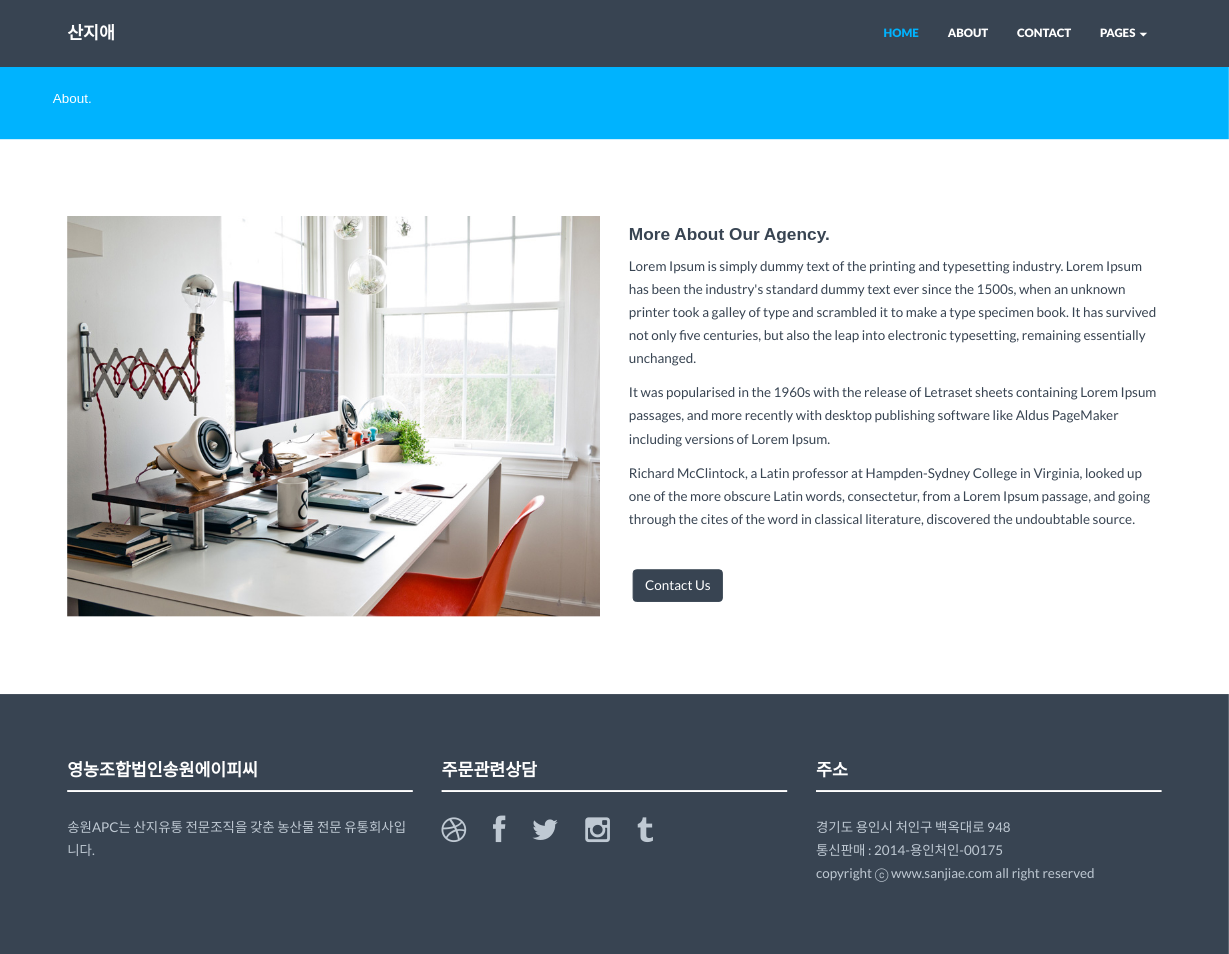
Repository: CHOKIHO/html
Page: work/0113/WebContent/about.html
The author's editor kept a copy of each file at every save. The page is drawn from the files as they stood at one save, then again after the next save.
The browser window is 1280 px wide. The pictures show the whole page, at 96% of full size.
Some web fonts or font styles are not loaded; a fallback is used. Some web libraries are served in a nearby version.

Above is the page before, as saved 2017-01-13 07:39:56.

### work/0113/WebContent/about.html
<!DOCTYPE html>
<html lang="en">
  <head>
    <meta charset="utf-8">
    <meta http-equiv="X-UA-Compatible" content="IE=edge">
    <meta name="viewport" content="width=device-width, initial-scale=1">
    <meta name="description" content="">
    <meta name="author" content="">
    <link rel="shortcut icon" href="assets/ico/favicon.ico">

    <title>산지애(Bootstrap-SOLID)</title>

    <!-- Bootstrap core CSS -->
    <link href="assets/css/bootstrap.css" rel="stylesheet">

    <!-- Custom styles for this template -->
    <link href="assets/css/style.css" rel="stylesheet">
    <link href="assets/css/font-awesome.min.css" rel="stylesheet">


    <!-- Just for debugging purposes. Don't actually copy this line! -->
    <!--[if lt IE 9]><script src="../../assets/js/ie8-responsive-file-warning.js"></script><![endif]-->

    <!-- HTML5 shim and Respond.js IE8 support of HTML5 elements and media queries -->
    <!--[if lt IE 9]>
      <script src="https://oss.maxcdn.com/libs/html5shiv/3.7.0/html5shiv.js"></script>
      <script src="https://oss.maxcdn.com/libs/respond.js/1.4.2/respond.min.js"></script>
    <![endif]-->

    <script src="assets/js/modernizr.js"></script>
  </head>

  <body>

    <!-- Fixed navbar -->
    <div class="navbar navbar-default navbar-fixed-top" role="navigation">
      <div class="container">
        <div class="navbar-header">
          <button type="button" class="navbar-toggle" data-toggle="collapse" data-target=".navbar-collapse">
            <span class="sr-only">Toggle navigation</span>
            <span class="icon-bar"></span>
            <span class="icon-bar"></span>
            <span class="icon-bar"></span>
          </button>
          <a class="navbar-brand" href="index.html">산지애</a>
        </div>


        <div class="navbar-collapse collapse navbar-right">
          <ul class="nav navbar-nav">
            <li class="active"><a href="index.html">HOME</a></li>
            <li><a href="about.html">ABOUT</a></li>
            <li><a href="contact.html">CONTACT</a></li>
            <li class="dropdown">
              <a href="#" class="dropdown-toggle" data-toggle="dropdown">PAGES <b class="caret"></b></a>
              <ul class="dropdown-menu">
                <li><a href="blog.html">BLOG</a></li>
                <li><a href="single-post.html">SINGLE POST</a></li>
                <li><a href="portfolio.html">PORTFOLIO</a></li>
                <li><a href="single-project.html">SINGLE PROJECT</a></li>
              </ul>
            </li>
          </ul>
        </div><!--/.nav-collapse -->
      </div>
    </div>


	<!-- *****************************************************************************************************************
	 BLUE WRAP
	 ***************************************************************************************************************** -->
	<div id="blue">
	    <div class="container">
			<div class="row">
				<h5>About.</h5>
			</div><!-- /row -->
	    </div> <!-- /container -->
	</div><!-- /blue -->


	<!-- *****************************************************************************************************************
	 AGENCY ABOUT
	 ***************************************************************************************************************** -->

	 <div class="container mtb">
	 	<div class="row">
	 		<div class="col-lg-6">
	 			<img class="img-responsive" src="assets/img/agency.jpg" alt="">
	 		</div>

	 		<div class="col-lg-6">
		 		<h4>More About Our Agency.</h4>
		 		<p>Lorem Ipsum is simply dummy text of the printing and typesetting industry. Lorem Ipsum has been the industry's standard dummy text ever since the 1500s, when an unknown printer took a galley of type and scrambled it to make a type specimen book. It has survived not only five centuries, but also the leap into electronic typesetting, remaining essentially unchanged. </p>
		 		<p>It was popularised in the 1960s with the release of Letraset sheets containing Lorem Ipsum passages, and more recently with desktop publishing software like Aldus PageMaker including versions of Lorem Ipsum.</p>
		 		<p>Richard McClintock, a Latin professor at Hampden-Sydney College in Virginia, looked up one of the more obscure Latin words, consectetur, from a Lorem Ipsum passage, and going through the cites of the word in classical literature, discovered the undoubtable source.</p>
 				<p><br/><a href="contact.html" class="btn btn-theme">Contact Us</a></p>
	 		</div>
	 	</div><! --/row -->
	 </div><! --/container -->




	<!-- *****************************************************************************************************************
	 FOOTER
	 ***************************************************************************************************************** -->
	 <div id="footerwrap">
	 	<div class="container">
		 	<div class="row">
		 		<div class="col-lg-4">
		 			<h4>영농조합법인송원에이피씨</h4>
		 			<div class="hline-w"></div>
		 			<p>송원APC는 산지유통 전문조직을 갖춘 농산물 전문 유통회사입니다.</p>
		 		</div>
		 		<div class="col-lg-4">
		 			<h4>주문관련상담</h4>
		 			<div class="hline-w"></div>
		 			<p>
		 				<a href="#"><i class="fa fa-dribbble"></i></a>
		 				<a href="#"><i class="fa fa-facebook"></i></a>
		 				<a href="#"><i class="fa fa-twitter"></i></a>
		 				<a href="#"><i class="fa fa-instagram"></i></a>
		 				<a href="#"><i class="fa fa-tumblr"></i></a>
		 			</p>
		 		</div>
		 		<div class="col-lg-4">
		 			<h4>주소</h4>
		 			<div class="hline-w"></div>
		 			<p>
		 				경기도 용인시 처인구 백옥대로 948<br/>
		 				통신판매 : 2014-용인처인-00175<br/>
		 				copyright ⓒ www.sanjiae.com all right reserved<br/>
		 			</p>
		 		</div>

		 	</div><! --/row -->
	 	</div><! --/container -->
	 </div><! --/footerwrap -->

    <!-- Bootstrap core JavaScript
    ================================================== -->
    <!-- Placed at the end of the document so the pages load faster -->
    <script src="https://ajax.googleapis.com/ajax/libs/jquery/1.11.0/jquery.min.js"></script>
    <script src="assets/js/bootstrap.min.js"></script>
	<script src="assets/js/retina-1.1.0.js"></script>
	<script src="assets/js/jquery.hoverdir.js"></script>
	<script src="assets/js/jquery.hoverex.min.js"></script>
	<script src="assets/js/jquery.prettyPhoto.js"></script>
  	<script src="assets/js/jquery.isotope.min.js"></script>
  	<script src="assets/js/custom.js"></script>


  </body>
</html>

### work/0113/WebContent/assets/css/style.css
/*	################################################################

	Author: Carlos Alvarez
	URL: http://alvarez.is

	Project Name: SOLID - Bootstrap 3 Theme
	Version: 1.0
	URL: http://alvarez.is

################################################################# */
@import url(http://fonts.googleapis.com/css?family=Raleway:400,700,900);
@import url(http://fonts.googleapis.com/css?family=Lato:400,900);
@import url("prettyPhoto.css") screen;
@import url("hoverex-all.css") screen;

/*	################################################################
	1. GENERAL STRUCTURES
################################################################# */
	* {
		margin: 0;
		padding: 0px;
	}

body {
	background: #ffffff;
	margin: 0;
	height: 100%;
	color: #384452;
	font-family: 'Lato', sans-serif;
	font-weight: 400;
	}

h1, h2, h3, h4, h5, h6 {
	font-family: 'Raleway', sans-serif;
	font-weight: 700;
}

p {
	padding: 0;
	margin-bottom: 12px;
	font-family: 'Lato', sans-serif;
	font-weight: 400;
	font-size: 14px;
	line-height: 24px;
	color: #384452;
	margin-top: 10px;
}

img {
	height: auto;
	max-width: 100%;
}

a {
	padding: 0;
	margin: 0;
	text-decoration: none;
	-webkit-transition: background-color .4s linear, color .4s linear;
	-moz-transition: background-color .4s linear, color .4s linear;
	-o-transition: background-color .4s linear, color .4s linear;
	-ms-transition: background-color .4s linear, color .4s linear;
	transition: background-color .4s linear, color .4s linear;
}
a:hover,
a:focus {
  text-decoration: none;
  color:#01b2fe;
}

::-moz-selection  {
	color: #fff;
	text-shadow:none;
	background:#2B2E31;
}
::selection {
	color: #fff;
	text-shadow:none;
	background:#2B2E31;
}

.centered {
	text-align: center
}

/*	################################################################
	BOOTSTRAP MODIFICATIONS & TWEAKS
################################################################# */
.navbar {
	min-height: 70px;
	padding-top: 10px;
	margin-bottom: 0px;
}

.navbar-brand {
	font-family: 'Raleway', sans-serif;
	font-weight: 900;
}

.navbar-header .navbar-brand {
	color: white;
}

.navbar-default .navbar-nav > li > a {
	color: white;
	font-weight: 700;
	font-size: 12px;
}

.navbar-default .navbar-nav > li > a:hover {
	color: #00b3fe;
}

.navbar-default .navbar-nav > .active > a, .navbar-default .navbar-nav > .active > a:hover, .navbar-default .navbar-nav > .active > a:focus {
	color: #00b3fe;
	background-color: transparent;
}

.navbar-default {
	background-color: #384452;
	border-color: transparent;
}

.dropdown-menu {
	background: #384452;
}

.dropdown-menu > li > a {
	color: white;
	font-weight: 700;
	font-size: 12px;
}

.btn-theme {
  color: #fff;
  background-color: #384452;
  border-color: #384452;
  margin: 4px;
}
.btn-theme:hover,
.btn-theme:focus,
.btn-theme:active,
.btn-theme.active,
.open .dropdown-toggle.btn-theme {
  color: #fff;
  background-color: #00b3fe;
  border-color: #00b3fe;
}

.dmbutton:hover,
.dmbutton:active,
.dmbutton:focus{
	color: #ffffff;
	background-color: #222222;
	border-color: #ffffff;
}
.dmbutton {
	background:rgba(0, 0, 0, 0);
	border: 1px solid #ffffff;
	color: #ffffff;
	-webkit-border-radius: 2px;
	border-radius: 2px;
	padding-top: 1.025rem;
	padding-right: 2.25rem;
	letter-spacing:0.85px;
	padding-bottom: 1.0875rem;
	padding-left: 2.25rem;
	font-size: 1.55rem;
	cursor: pointer;
	font-weight: normal;
	line-height: normal;
	margin: 0 0 1.25rem;
	text-decoration: none;
	text-align: center;
	display: inline-block;
	-webkit-transition: background-color 300ms ease-out;
	-moz-transition: background-color 300ms ease-out;
	transition: background-color 300ms ease-out;
	-webkit-appearance: none;
	font-weight: normal !important;
}

.mtb {
	margin-top: 80px;
	margin-bottom: 80px;
}

.mb {
	margin-bottom: 60px;
}

.mt {
	margin-top: 60px;
}

.hline {
	border-bottom: 2px solid #384452;
}

.hline-w {
	border-bottom: 2px solid #ffffff;
	margin-bottom: 25px;
}
/*	################################################################
	SITE WRAPS
################################################################# */

#headerwrap {
	background-color: #00b3fe;
	min-height: 550px;
	padding-top: 100px;
	padding-bottom: 0px;
	text-align: center;
}

#headerwrap h3, h5 {
	color: white;
	font-weight: 400;
}

#headerwrap h1 {
	color: white;
	margin-bottom: 25px;
}

#headerwrap .img-responsive {
	margin: 0 auto;
}

/* Services Wrap */
#service {
	margin-top: 100px;
	margin-bottom: 80px;
}

#service i {
	color: #00b3fe;
	font-size: 60px;
	padding: 15px;
}

/* Portfolio Wrap */
#portfoliowrap {
	padding-top: 60px;
	margin-bottom: 60px;
	display: block;
	text-align: center
}

#portfoliowrap h3 {
	margin-bottom: 25px;
}

.portfolio {
	padding:0 !important;
	margin:0 !important;
	display:block;
}


.portfolio-item .title:before {border-radius:0; display:none}
.portfolio-item p {margin:0px 0 30px;}
.portfolio-item h3 {margin:-10px 0 10px; font-size:16px; text-transform:uppercase;}


.tpl6 h3
{
	color:#fff;
	margin:0;
	padding:40px 5px 0;
	font-size:16px;
	text-transform:uppercase;
}
.tpl6 .dmbutton
{
	display:inline-block;
	margin:30px 5px 20px 5px;
	font-size:13px;
}

.tpl6 .bg
{
	height:100%;
	width:100%;
	background-color:#00b3fe;
	background-color:rgba(0,179,254,.9);
	text-align:center;
}

/* Testimonials Wrap */
#twrap {
	background: url(../img/t-back.jpg) no-repeat center top;
	margin-top: 0px;
	padding-top:60px;
	text-align:center;
	background-attachment: relative;
	background-position: center center;
	min-height: 450px;
	width: 100%;

    -webkit-background-size: 100%;
    -moz-background-size: 100%;
    -o-background-size: 100%;
    background-size: 100%;

    -webkit-background-size: cover;
    -moz-background-size: cover;
    -o-background-size: cover;
    background-size: cover;
}

#twrap i {
	font-size: 50px;
	color: white;
	margin-bottom: 25px;
}

#twrap p {
	color: white;
	font-size: 15px;
	line-height: 30px;
}

/* clients logo */
#cwrap {
	background: #f7f7f7;
	margin-top: 0px;
	padding-top: 80px;
	padding-bottom: 100px;
}

#cwrap h3 {
	margin-bottom: 60px;
}

/* Footer */
#footerwrap {
	padding-top: 60px;
	padding-bottom: 60px;
	background: #384452;
}

#footerwrap p {
	color: #bfc9d3;
}

#footerwrap h4 {
	color: white;
}

#footerwrap i {
	font-size: 30px;
	color: #bfc9d3;
	padding-right: 25px;
}

#footerwrap i:hover {
	color: #00b3fe
}

/*	################################################################
	PAGE CONFIGURATIONS
################################################################# */
/* General Tweaks */

#blue {
	background: #00b3fe;
	margin-top: 60px;
	margin-bottom: 60px;
	padding-top: 25px;
	padding-bottom: 25px;
}

#blue h3 {
	color: white;
	margin-left: 15px;
}

.ctitle {
	color: #00b3fe;
	font-weight: 700;
	margin-bottom: 15px;
}

csmall {
	font-size: 12px;
	color: #b3b3b3;
}
csmall2 {
	font-size: 12px;
	color: #f39c12
}

.spacing {
	margin-top: 40px;
	margin-bottom: 40px;
}

.badge-theme {
	background: #00b3fe;
}

/* Contact Page */
#contactwrap {
	background: url(../img/contact.jpg) no-repeat center top;
	margin-top: -60px;
	padding-top:0px;
	text-align:center;
	background-attachment: relative;
	background-position: center center;
	min-height: 400px;
	width: 100%;

    -webkit-background-size: 100%;
    -moz-background-size: 100%;
    -o-background-size: 100%;
    background-size: 100%;

    -webkit-background-size: cover;
    -moz-background-size: cover;
    -o-background-size: cover;
    background-size: cover;
}

/* Blog Page */
.popular-posts {
	margin: 0px;
	padding-left: 0px;
	}

.popular-posts li {
	list-style: none;
	margin-bottom: 20px;
	min-height: 70px;
}
.popular-posts li a,
.popular-posts li a:hover {
	color:#2f2f2f;
	text-decoration: none;
	}

.popular-posts li img {
	float: left;
	margin-right: 20px;
	}

.popular-posts li em {
	font-family: 'Lato', sans-serif;
	font-size: 12px;
	color: #b3b3b3
	}

.popular-posts p {
	line-height: normal;
	margin-bottom: auto;
}

.share i {
	padding-right: 15px;
	font-size: 18px;
}

Loaded but not shown: work/0113/WebContent/assets/css/bootstrap.css (library); work/0113/WebContent/assets/css/font-awesome.min.css (library); work/0113/WebContent/assets/js/bootstrap.min.js (library); work/0113/WebContent/assets/js/jquery.hoverdir.js (library); work/0113/WebContent/assets/js/jquery.hoverex.min.js (library); work/0113/WebContent/assets/js/jquery.prettyPhoto.js (library); work/0113/WebContent/assets/js/jquery.isotope.min.js (library); work/0113/WebContent/assets/js/custom.js (common file); work/0113/WebContent/assets/js/retina-1.1.0.js (151 lines, source omitted); work/0113/WebContent/assets/css/hoverex-all.css (2838 lines, source omitted); work/0113/WebContent/assets/css/prettyPhoto.css (170 lines, source omitted)

After the next save:
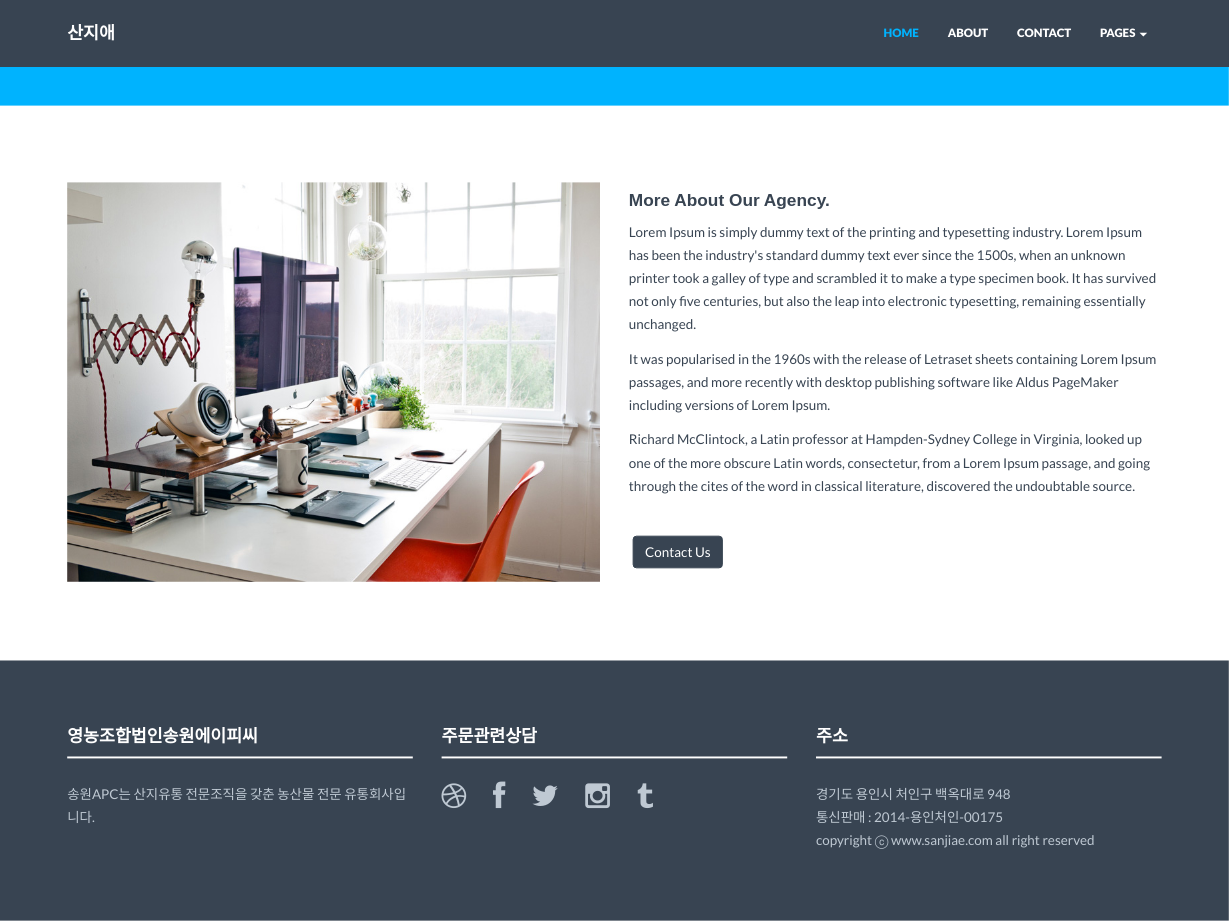
Saved 15 s later.
--- a/work/0113/WebContent/about.html
+++ b/work/0113/WebContent/about.html
@@ -72,7 +72,6 @@
 	<div id="blue">
 	    <div class="container">
 			<div class="row">
-				<h5>About.</h5>
 			</div><!-- /row -->
 	    </div> <!-- /container -->
 	</div><!-- /blue -->
